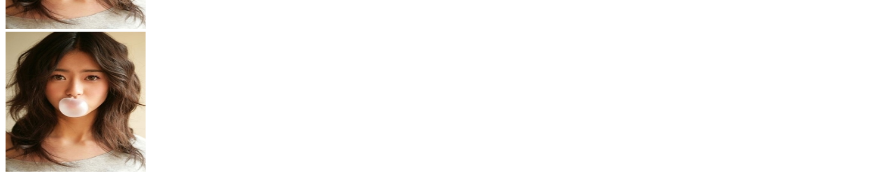
Repository: shouvoo/bitAcademy
Page: work/jsp/06_javascript/WebContent/09_jquery/05_event/test09.html
An editor plug-in stored every save of this project. The page is shown before and after a run of saves, followed by the edit.
The browser window is 1280 px wide. The pictures show the part of the page from y = 778 to 2698 px (the page is 1036 px tall before and 9196 px after), at 70% of full size.

Above is the page before, as saved 2017-11-27 02:15:15.
Console error (its wording comes from the project's code and is left out).

After the next 2 saves:
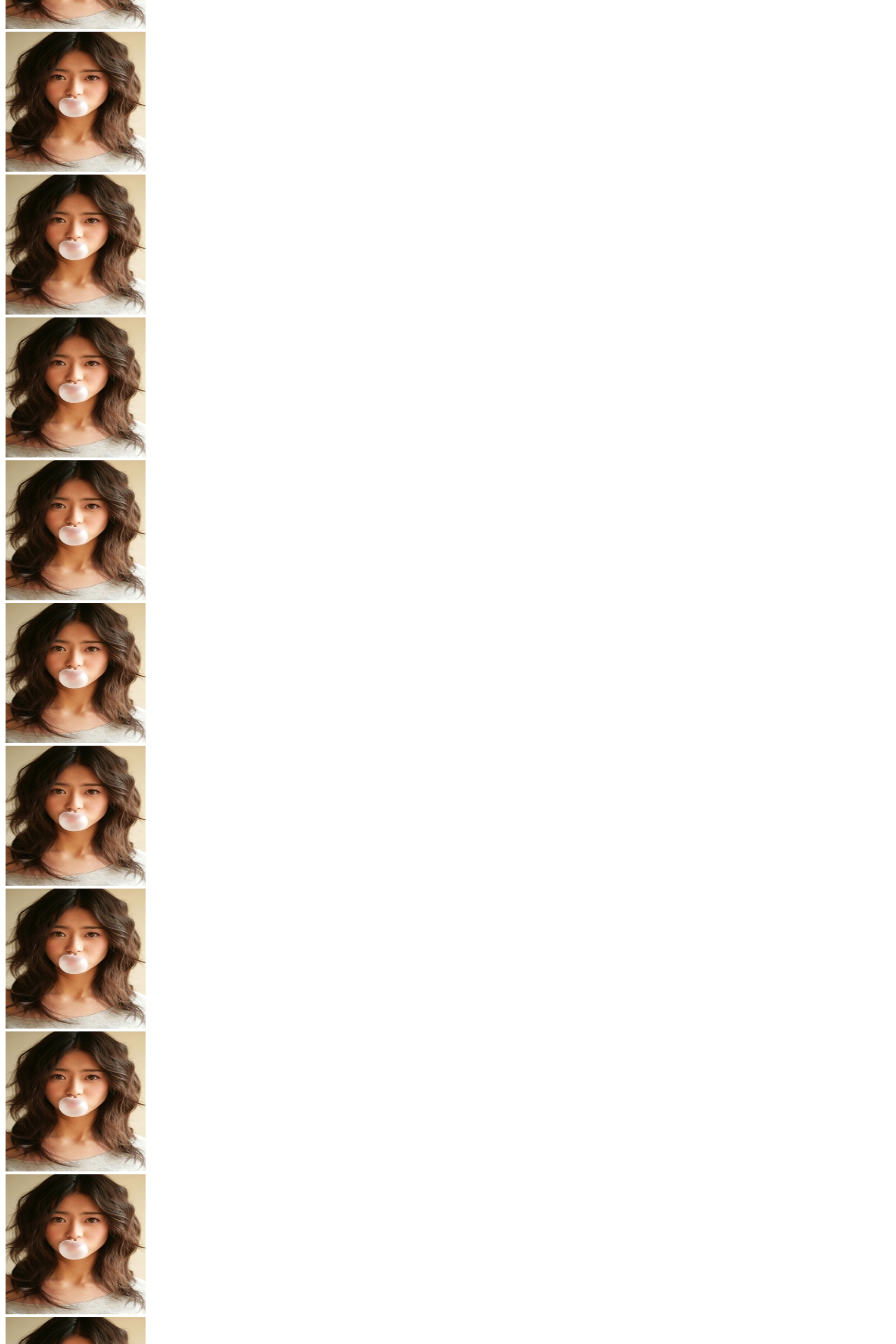
The error is gone.
The 2 saves are shown as one change because they came seconds apart.
The last was saved 7 s later.
--- a/work/jsp/06_javascript/WebContent/09_jquery/05_event/test09.html
+++ b/work/jsp/06_javascript/WebContent/09_jquery/05_event/test09.html
@@ -24,7 +24,7 @@
 	</div>
     <script>
 		$(window).scroll(function(){
-			console.log($(window).scrollTop(), $(window).height(), $(document).height(), $(#imglist).height());
+			console.log($(window).scrollTop(), $(window).height(), $(document).height(), $("#imglist").height());
 
 			var st = $(window).scrollTop();
 			var wh = $(window).height();
